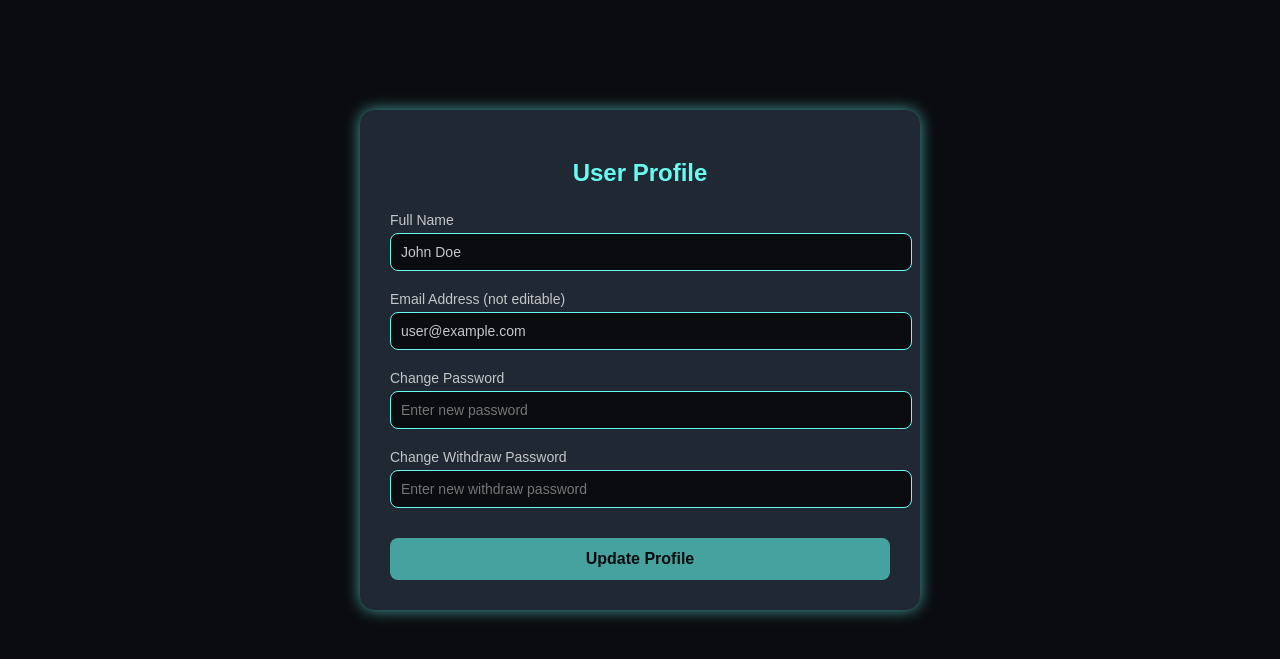
Repository: fredericIT/cypto
Page: http://localhost/user/
The author's editor kept a copy of each file at every save. The page is drawn from the files as they stood at one save, then again after the next save.
The browser window is 1280 px wide. The pictures show the whole page.
The page is served by the project's application, run on Flask 3 (app.py). Other server files are loaded and not shown.

Above is the page before, as saved 2025-04-23 22:24:06.

### templates/user/profile.html
<!DOCTYPE html>
<html lang="en">
<head>
    <meta charset="UTF-8">
    <title>User Profile | Crypto Platform</title>
    <link rel="stylesheet" href="/static/css/user/profile_kyc.css">
</head>
<body>
    <div class="container">
        <h2>User Profile</h2>

        <form method="POST" action="/update_profile" class="form">
            <div class="form-group">
                <label>Full Name</label>
                <input type="text" name="full_name" value="John Doe" required>
            </div>

            <div class="form-group">
                <label>Email Address (not editable)</label>
                <input type="email" name="email" value="user@example.com" readonly>
            </div>

            <div class="form-group">
                <label>Change Password</label>
                <input type="password" name="password" placeholder="Enter new password">
            </div>

            <div class="form-group">
                <label>Change Withdraw Password</label>
                <input type="password" name="withdraw_password" placeholder="Enter new withdraw password">
            </div>

            <button type="submit" class="submit-btn">Update Profile</button>
        </form>
    </div>
</body>
</html>

### blueprints/user.py
from flask import Blueprint, redirect,url_for,render_template, request, session, flash

user_bprt= Blueprint("user",__name__, url_prefix="/user")
@user_bprt.route('/')
@user_bprt.route('/profile')
def profile():
    return render_template('user/profile.html')

@user_bprt.route('/kyc', methods=['GET', 'POST'])
def kyc():
    if request.method == 'POST':
        full_name = request.form['full_name']
        document_type = request.form['document_type']
        document_front = request.files['document_front']
        document_back = request.files.get('document_back')  # Optional
        selfie_with_id = request.files['selfie_with_id']

        # Here you would save these files
        # Example (you can customize):
        # document_front.save(f'static/uploads/kyc/{full_name}_front.jpg')
        # selfie_with_id.save(f'static/uploads/kyc/{full_name}_selfie.jpg')

        flash('✅ KYC documents submitted successfully!', 'success')
        return redirect(url_for('kyc'))

    return render_template('user/kyc.html')

@user_bprt.route('/notifications')
def notifications():
    # Example notification data
    notifications = [
        {"title": "KYC Approved ✅", "message": "Your identity verification has been approved.", "date": "2025-04-17", "type": "success"},
        {"title": "Withdrawal Request Sent 💸", "message": "We received your withdrawal request.", "date": "2025-04-16", "type": "info"},
    ]
    return render_template('user/notifications.html', notifications=notifications)
@user_bprt.route('/support', methods=['GET', 'POST'])
def support():
    if request.method == 'POST':
        subject = request.form['subject']
        message = request.form['message']

        # You can save the ticket to database or email it to admin

        flash('✅ Your support request has been submitted!', 'success')
        return redirect(url_for('support'))

    return render_template('user/support.html')

### app.py
from flask import Flask, redirect, url_for
from db import db
from blueprints.auth import auth_bprt
from blueprints.dashboard import dash_bprt
from blueprints.account import account_bprt
from blueprints.trading import trading_bprt
from blueprints.user import user_bprt
from blueprints.admin import admin_bprt
from db.models import *
from flask_migrate import Migrate
from flask_login import LoginManager



app = Flask(__name__)
app.config.from_object("config.Config")
db.init_app(app)
migrate = Migrate(app, db)
login_manager = LoginManager()
login_manager.init_app(app)
login_manager.login_view = "auth.login"
login_manager.login_message = "Login Required to access this resource."
login_manager.login_message_category = "warning"
app.register_blueprint(auth_bprt)
app.register_blueprint(dash_bprt)
app.register_blueprint(account_bprt)
app.register_blueprint(trading_bprt)
app.register_blueprint(user_bprt)
app.register_blueprint(admin_bprt)


@login_manager.user_loader
def load_user(user_id):
    return User.query.get(int(user_id))

@app.route('/')
def home():
    return redirect(url_for('auth.login'))

if __name__ == '__main__':
    with app.app_context():
        db.create_all()
    app.run(debug=True)

### static/css/user/profile_kyc.css
/* Profile and KYC Pages CSS */

body {
    background-color: #0b0c10;
    color: #c5c6c7;
    font-family: 'Orbitron', sans-serif;
    margin: 0;
    padding: 0;
    min-height: 100vh;
    display: flex;
    justify-content: center;
    align-items: center;
}

.container {
    background-color: #1f2833;
    padding: 30px;
    border-radius: 15px;
    box-shadow: 0px 0px 15px #45a29e;
    width: 90%;
    max-width: 500px;
}

.container h2 {
    text-align: center;
    color: #66fcf1;
    margin-bottom: 25px;
}

.form-group {
    margin-bottom: 20px;
}

.form-group label {
    display: block;
    color: #c5c6c7;
    font-size: 14px;
    margin-bottom: 5px;
}

.form-group input, .form-group select {
    width: 100%;
    padding: 10px;
    background-color: #0b0c10;
    border: 1px solid #66fcf1;
    border-radius: 8px;
    color: #c5c6c7;
    font-size: 14px;
}

.submit-btn {
    width: 100%;
    background-color: #45a29e;
    color: #0b0c10;
    border: none;
    padding: 12px;
    border-radius: 8px;
    font-weight: bold;
    font-size: 16px;
    margin-top: 10px;
    cursor: pointer;
    transition: background 0.3s;
}

.submit-btn:hover {
    background-color: #66fcf1;
}

.note {
    font-size: 12px;
    color: #888;
    text-align: center;
    margin-top: 10px;
}

input[type="file"] {
    padding: 10px;
}
.flash-messages {
    margin-bottom: 20px;
}

.flash {
    padding: 12px;
    border-radius: 8px;
    margin-bottom: 10px;
    text-align: center;
    font-weight: bold;
}

.flash.success {
    background-color: #45a29e;
    color: #0b0c10;
}

.transaction-table {
    width: 100%;
    border-collapse: collapse;
    margin-top: 20px;
}

.transaction-table th, .transaction-table td {
    padding: 12px;
    text-align: center;
    border-bottom: 1px solid #444;
}

.transaction-table th {
    background-color: #222;
    color: #00ff99;
    font-weight: bold;
}

.transaction-table tr:hover {
    background-color: #333;
}
.notification-list {
    list-style: none;
    padding: 0;
    margin-top: 20px;
}

.notification-item {
    background-color: #222;
    margin-bottom: 10px;
    padding: 15px;
    border-radius: 10px;
    border-left: 5px solid #00ff99;
}

.notification-item.success {
    border-color: #28a745;
}

.notification-item.info {
    border-color: #17a2b8;
}

After the next save:
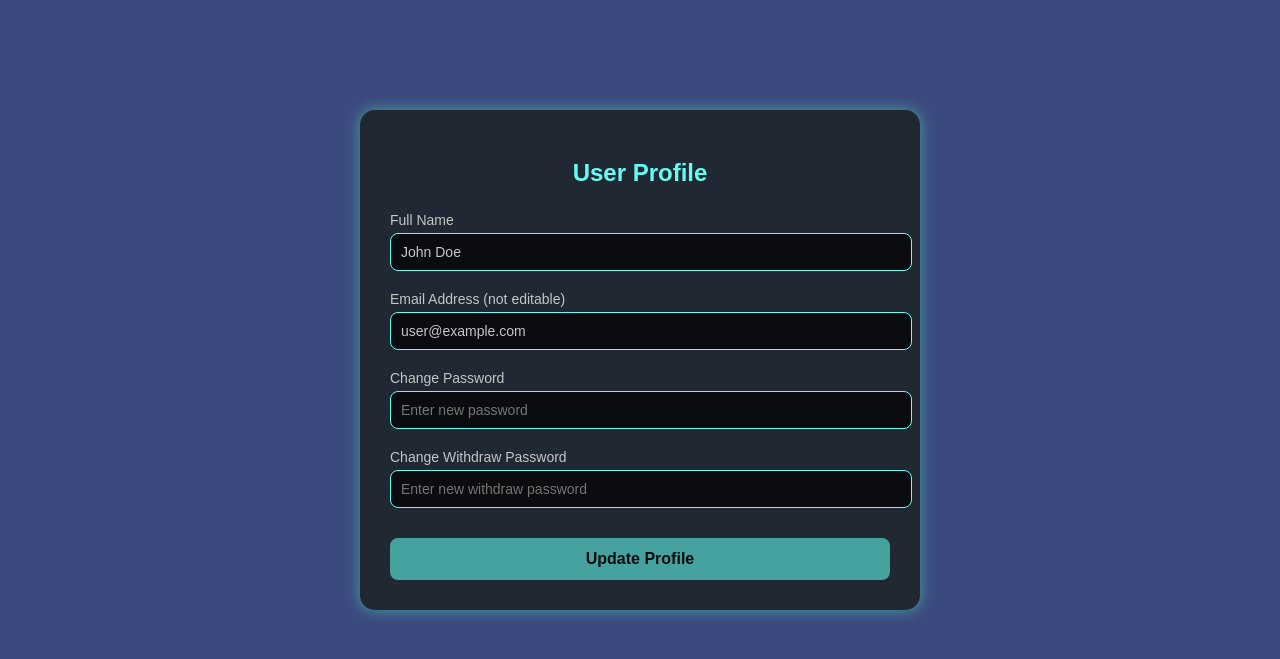
Saved 3 min 10 s later.
--- a/static/css/user/profile_kyc.css
+++ b/static/css/user/profile_kyc.css
@@ -1,7 +1,7 @@
 /* Profile and KYC Pages CSS */
 
 body {
-    background-color: #0b0c10;
+    background-color: #3c497e;
     color: #c5c6c7;
     font-family: 'Orbitron', sans-serif;
     margin: 0;

After the save that followed:
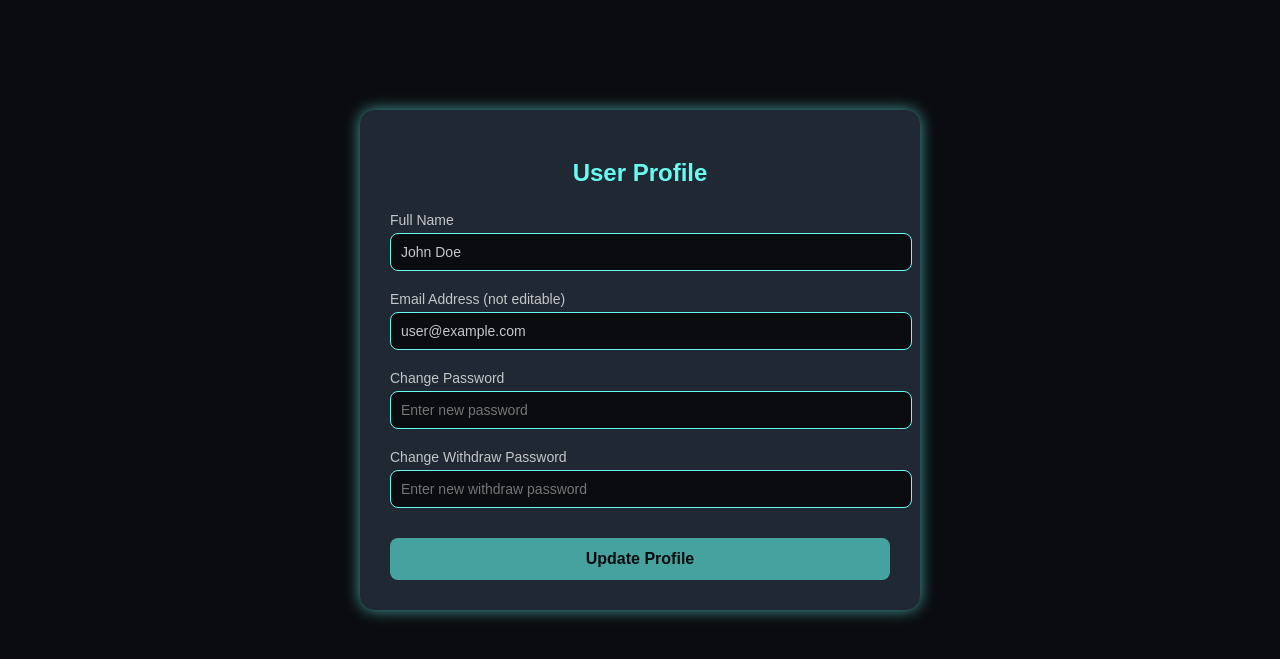
Saved 20 s later.
--- a/static/css/user/profile_kyc.css
+++ b/static/css/user/profile_kyc.css
@@ -1,7 +1,7 @@
 /* Profile and KYC Pages CSS */
 
 body {
-    background-color: #3c497e;
+    background-color: #0b0c10;
     color: #c5c6c7;
     font-family: 'Orbitron', sans-serif;
     margin: 0;
